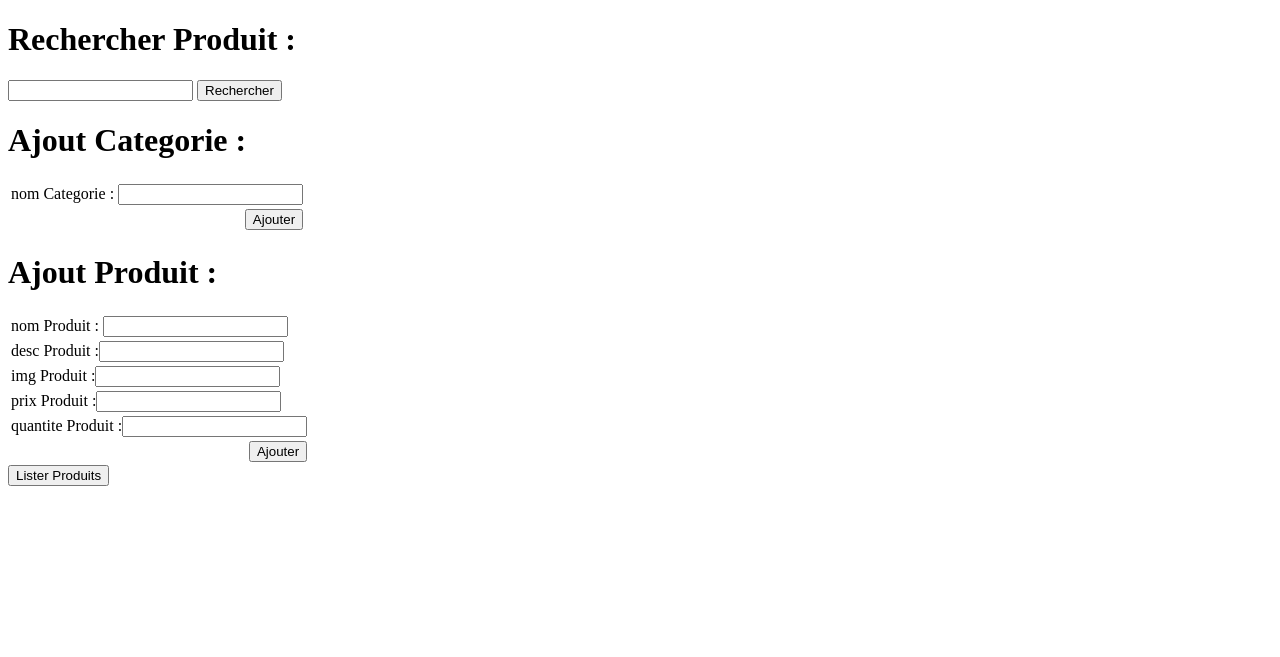
Repository: EBusinesss/Ebusiness
Page: http://localhost/EcomWEB/
The author's editor kept a copy of each file at every save. The page is drawn from the files as they stood at one save, then again after the next save.
The browser window is 1280 px wide. The pictures show the whole page.
The page is served by Tomcat 9. Nobody is signed in. The application's start-up code is not run.

Above is the page before, as saved 2014-12-06 23:33:20.

After the next save:
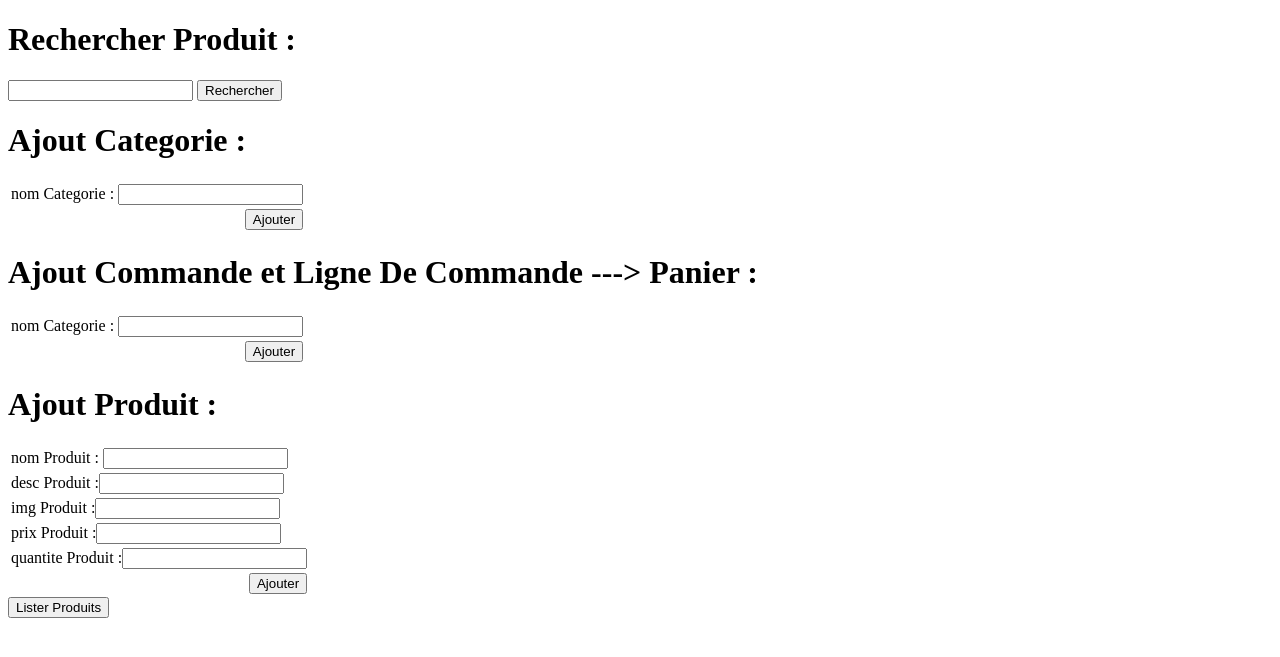
Saved 20 min 16 s later.
--- a/Workspace/EcomWEB/WebContent/index.jsp
+++ b/Workspace/EcomWEB/WebContent/index.jsp
@@ -18,6 +18,18 @@
 		</form>
 
 		<h1>Ajout Categorie :</h1>
+		<form action="AddCategoryServlet" method="post">
+		<table>
+			<tr><td> nom Categorie 		: <input type="text" name="nomCategorie" width="25"></td></tr>
+			<tr>
+				<td align="right" colspan="3">
+					<button name="submit" type="submit">Ajouter</button>
+				</td>
+			</tr>
+		</table>
+		</form>
+
+				<h1>Ajout Commande et Ligne De Commande ---> Panier :</h1>
 		<form action="AddCategoryServlet" method="post">
 		<table>
 			<tr><td> nom Categorie 		: <input type="text" name="nomCategorie" width="25"></td></tr>
